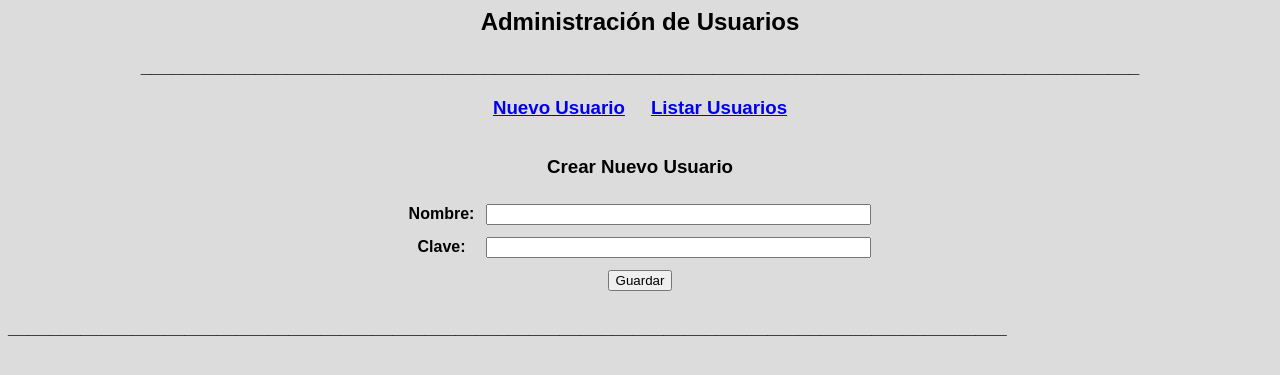
Repository: miguelalvarezcl/examen
Page: http://localhost/CtaCorriente/new
An editor plug-in stored every save of this project. The page is shown before and after the next save, followed by the edit.
The browser window is 1280 px wide. The pictures show the whole page.
The page is served by Tomcat 9. Other server files are loaded and not shown.

Above is the page before, as saved 2021-11-13 21:22:19.

### CtaCorriente/WebContent/FormularioUsuario.jsp
<%@ page language="java" contentType="text/html; charset=UTF-8"
    pageEncoding="UTF-8"%>
<%@ taglib uri = "http://java.sun.com/jsp/jstl/core" prefix = "c" %>
<html>
<head>
    <title>:::... Banco Platinum ...:::</title>
</head>
<body>

    <center>
        <h2>Administración de Usuarios</h2>
<h3>________________________________________________________________________________________________</h3>
        <h3>
            <a href="/CtaCorriente/new">Nuevo Usuario</a>
            &nbsp;&nbsp;&nbsp;
            <a href="/CtaCorriente/list">Listar Usuarios</a>

        </h3>
    </center>
    <div align="center">
        <c:if test="${usuariobd != null}">
            <form action="update" method="post">
        </c:if>
        <c:if test="${usuariobd == null}">
            <form action="insert" method="post">
        </c:if>
        <table border="0" cellpadding="5">
            <caption>
                <h3>
                    <c:if test="${usuariobd != null}">
                        Editar usuario
                    </c:if>
                    <c:if test="${usuariobd == null}">
                        Crear Nuevo Usuario
                    </c:if>
                </h3>
            </caption>
                <c:if test="${usuariobd != null}">
                    <input type="hidden" name="id" value="${usuariobd.id}" />
                </c:if>
            <tr>
                <th>Nombre: </th>
                <td>
                    <input type="text" name="nombreusuario" size="45"
                            value="${usuariobd.nombreusuario}"
                        />
                </td>
            </tr>
            <tr>
                <th>Clave: </th>
                <td>
                    <input type="text" name="password" size="45"
                            value="${usuariobd.password}"
                    />
                </td>
            </tr>

            <tr>
                <td colspan="2" align="center">
                    <input type="submit" value="Guardar" />
                </td>
            </tr>
        </table>
        </form>
    </div>
    <h3>________________________________________________________________________________________________</h3>
</body>
</html>

<style>
body{
	font-family: arial, helvetica;
	background: #DCDCDC;
}
</style>

### CtaCorriente/src/com/platinum/ControllerServlet.java
package com.platinum;

import java.io.IOException;
import java.sql.SQLException;
import java.util.List;

import javax.servlet.RequestDispatcher;
import javax.servlet.ServletException;
import javax.servlet.http.HttpServlet;
import javax.servlet.http.HttpServletRequest;
import javax.servlet.http.HttpServletResponse;


public class ControllerServlet extends HttpServlet {
    private static final long serialVersionUID = 1L;
    private UsuariobdDAO usuariobdDAO;
    private PersonabdDAO personabdDAO;
    private CuentabdDAO cuentabdDAO;
    private TransferenciaDAO transferenciaDAO;

    public void init() {
        String jdbcURL = getServletContext().getInitParameter("jdbcURL");
        String jdbcUsername = getServletContext().getInitParameter("jdbcUsername");
        String jdbcPassword = getServletContext().getInitParameter("jdbcPassword");

        usuariobdDAO = new UsuariobdDAO(jdbcURL, jdbcUsername, jdbcPassword);
        personabdDAO = new PersonabdDAO(jdbcURL, jdbcUsername, jdbcPassword);
        cuentabdDAO = new CuentabdDAO(jdbcURL, jdbcUsername, jdbcPassword);
        transferenciaDAO = new TransferenciaDAO(jdbcURL, jdbcUsername, jdbcPassword);

    }

    protected void doPost(HttpServletRequest request, HttpServletResponse response)
            throws ServletException, IOException {
        doGet(request, response);
    }

    protected void doGet(HttpServletRequest request, HttpServletResponse response)
            throws ServletException, IOException {
        String action = request.getServletPath();

        try {
            switch (action) {
            case "/new":
                showNewForm(request, response);
                break;
            case "/newpersona":
                showNewFormPersona(request, response);
                break;

            case "/newcuenta":
                showNewFormCuenta(request, response);
                break;

            case "/newtransferencia":
                showNewFormTransferencia(request, response);
                break;

            case "/insert":
                insertUsuariobd(request, response);
                break;

            case "/insertpersona":
                insertPersonabd(request, response);
                break;

            case "/insertcuenta":
                insertCuentabd(request, response);
                break;

            case "/inserttransferencia":
                insertTransferencia(request, response);
                break;
            case "/deletecuenta":
                deleteCuentabd(request, response);
                break;

            case "/deletepersona":
                deletePersonabd(request, response);
                break;
            case "/delete":
                deleteUsuariobd(request, response);
                break;
            case "/editpersona":
                showEditFormPersona(request, response);
                break;

            case "/editcuenta":
                showEditFormCuenta(request, response);
                break;

            case "/edit":
                showEditForm(request, response);
                break;
            case "/update":
                updateUsuariobd(request, response);
                break;
            case "/updatepersona":
                updatePersonabd(request, response);
                break;

            case "/updatecuenta":
                updateCuentabd(request, response);
                break;


            case "/listPersonabd":
            	listPersonabd(request, response);
                break;

            case "/listCuentabd":
            	//System.out.println("1");
            	listCuentabd(request, response);
                break;
            case "/listTransferencia":
            	listTransferencia(request, response);
                break;
            default:
                listUsuariobd(request, response);
                break;
            }
        } catch (SQLException ex) {
            throw new ServletException(ex);
        }
    }



    private void listTransferencia(HttpServletRequest request, HttpServletResponse response)
            throws SQLException, IOException, ServletException {


        List<Transferencia> listTransferencia = transferenciaDAO.listAllTransferencia();

        request.setAttribute("listTransferencia", listTransferencia);
        RequestDispatcher dispatcher = request.getRequestDispatcher("ListaTransferencia.jsp");
        dispatcher.forward(request, response);
    }

    private void listCuentabd(HttpServletRequest request, HttpServletResponse response)
            throws SQLException, IOException, ServletException {


        List<Cuentabd> listCuentabd = cuentabdDAO.listAllCuentabd();

        request.setAttribute("listCuentabd", listCuentabd);
        RequestDispatcher dispatcher = request.getRequestDispatcher("ListaCuentas.jsp");
        dispatcher.forward(request, response);
    }

    private void listPersonabd(HttpServletRequest request, HttpServletResponse response)
            throws SQLException, IOException, ServletException {

        List<Personabd> listPersonabd = personabdDAO.listAllPersonabd();

        request.setAttribute("listPersonabd", listPersonabd);
        RequestDispatcher dispatcher = request.getRequestDispatcher("ListaPersonas.jsp");
        dispatcher.forward(request, response);
    }

    private void listUsuariobd(HttpServletRequest request, HttpServletResponse response)
            throws SQLException, IOException, ServletException {
        List<Usuariobd> listUsuariobd = usuariobdDAO.listAllUsuariosbd();
        request.setAttribute("listUsuariobd", listUsuariobd);
        RequestDispatcher dispatcher = request.getRequestDispatcher("ListaUsuarios.jsp");
        dispatcher.forward(request, response);
    }


    private void showNewForm(HttpServletRequest request, HttpServletResponse response)
            throws ServletException, IOException {
        RequestDispatcher dispatcher = request.getRequestDispatcher("FormularioUsuario.jsp");
        dispatcher.forward(request, response);
    }

    private void showNewFormPersona(HttpServletRequest request, HttpServletResponse response)
            throws ServletException, IOException {
        RequestDispatcher dispatcher = request.getRequestDispatcher("FormularioPersona.jsp");
        dispatcher.forward(request, response);
    }

    private void showNewFormCuenta(HttpServletRequest request, HttpServletResponse response)
            throws ServletException, IOException {
        RequestDispatcher dispatcher = request.getRequestDispatcher("FormularioCuenta.jsp");
        dispatcher.forward(request, response);
    }

    private void showNewFormTransferencia(HttpServletRequest request, HttpServletResponse response)
            throws ServletException, IOException {
        RequestDispatcher dispatcher = request.getRequestDispatcher("FormularioTransferencia.jsp");
        dispatcher.forward(request, response);
    }


    private void showEditForm(HttpServletRequest request, HttpServletResponse response)
            throws SQLException, ServletException, IOException {
        int id = Integer.parseInt(request.getParameter("id"));
        Usuariobd existingUsuariobd = usuariobdDAO.getUsuariobd(id);
        RequestDispatcher dispatcher = request.getRequestDispatcher("FormularioUsuario.jsp");
        request.setAttribute("usuariobd", existingUsuariobd);
        dispatcher.forward(request, response);

    }

    private void showEditFormPersona(HttpServletRequest request, HttpServletResponse response)
            throws SQLException, ServletException, IOException {
        String rut = request.getParameter("rut");
        Personabd existingPersonabd = personabdDAO.getPersonabd(rut);
        RequestDispatcher dispatcher = request.getRequestDispatcher("FormularioPersona.jsp");
        request.setAttribute("personabd", existingPersonabd);
        dispatcher.forward(request, response);


    }

    private void showEditFormCuenta(HttpServletRequest request, HttpServletResponse response)
            throws SQLException, ServletException, IOException {
        int id = Integer.parseInt(request.getParameter("id"));
        Cuentabd existingCuentabd = cuentabdDAO.getCuentabd(id);
        RequestDispatcher dispatcher = request.getRequestDispatcher("FormularioCuenta.jsp");
        request.setAttribute("cuentabd", existingCuentabd);
        dispatcher.forward(request, response);


    }

    private void insertUsuariobd(HttpServletRequest request, HttpServletResponse response)
            throws SQLException, IOException {
        String nombreusuario = request.getParameter("nombreusuario");
        String password = request.getParameter("password");


        Usuariobd newUsuariobd = new Usuariobd(nombreusuario, password);
        usuariobdDAO.insertUsuariobd(newUsuariobd);
        response.sendRedirect("list");
    }

    private void insertPersonabd(HttpServletRequest request, HttpServletResponse response)
            throws SQLException, IOException {
    	String rut = request.getParameter("rut");
        String nombre = request.getParameter("nombre");
        String apellido = request.getParameter("apellido");
        String direccion = request.getParameter("direccion");
        String correo = request.getParameter("correo");
        String telefono = request.getParameter("telefono");

        Personabd newPersonabd = new Personabd(rut,nombre, apellido,direccion,correo,telefono);
        personabdDAO.insertPersonabd(newPersonabd);
        response.sendRedirect("listPersonabd");
    }

    private void insertTransferencia(HttpServletRequest request, HttpServletResponse response)
            throws SQLException, IOException {
        String rutpersona = request.getParameter("rutpersona");
        int idusuario = Integer.parseInt(request.getParameter("idusuario"));
        int idcuenta = Integer.parseInt(request.getParameter("idcuenta"));
        int montotransferencia = Integer.parseInt(request.getParameter("montotransferencia"));
        int cuentatransferencia = Integer.parseInt(request.getParameter("cuentatransferencia"));
        String tipocuenta = request.getParameter("tipocuenta");

        Transferencia newTransferencia = new Transferencia(rutpersona, idusuario,idcuenta,montotransferencia,cuentatransferencia,tipocuenta);
        transferenciaDAO.insertTransferencia(newTransferencia);
        response.sendRedirect("listTransferencia");
    }

    private void insertCuentabd(HttpServletRequest request, HttpServletResponse response)
            throws SQLException, IOException {
        String rutcliente = request.getParameter("rutcliente");
        String monto = request.getParameter("monto");
        String ejecutivo = request.getParameter("ejecutivo");

        Cuentabd newCuentabd = new Cuentabd(rutcliente, monto,ejecutivo);
        cuentabdDAO.insertCuentabd(newCuentabd);
        response.sendRedirect("listCuentabd");
    }


    private void updatePersonabd(HttpServletRequest request, HttpServletResponse response)
            throws SQLException, IOException {
        String rut = request.getParameter("rut");
        String nombre = request.getParameter("nombre");
        String apellido = request.getParameter("apellido");
        String direccion = request.getParameter("direccion");
        String correo = request.getParameter("correo");
        String telefono = request.getParameter("telefono");


        Personabd personabd = new Personabd(rut, nombre, apellido,direccion,correo,telefono);
        personabdDAO.updatePersonabd(personabd);
        response.sendRedirect("listPersonabd");
    }


    private void updateCuentabd(HttpServletRequest request, HttpServletResponse response)
            throws SQLException, IOException {
    	System.out.println("paso");

        String rutcliente = request.getParameter("rutcliente");
        String monto = request.getParameter("monto");
        String ejecutivo = request.getParameter("ejecutivo");
        int id = Integer.parseInt(request.getParameter("id"));
        Cuentabd cuentabd = new Cuentabd(id, rutcliente, monto , ejecutivo);
        System.out.println("paso2");
        cuentabdDAO.updateCuentabd(cuentabd);
        response.sendRedirect("listCuentabd");
    }


    private void updateUsuariobd(HttpServletRequest request, HttpServletResponse response)
            throws SQLException, IOException {
        int id = Integer.parseInt(request.getParameter("id"));
        String nombreusuario = request.getParameter("nombreusuario");
        String password = request.getParameter("password");


        Usuariobd usuariobd = new Usuariobd(id, nombreusuario, password);
        usuariobdDAO.updateUsuariobd(usuariobd);
        response.sendRedirect("list");
    }

    private void deleteUsuariobd(HttpServletRequest request, HttpServletResponse response)
            throws SQLException, IOException {
        int id = Integer.parseInt(request.getParameter("id"));

        Usuariobd usuariobd = new Usuariobd(id);
        usuariobdDAO.deleteUsuariobd(usuariobd);
        response.sendRedirect("list");

    }

    private void deletePersonabd(HttpServletRequest request, HttpServletResponse response)
            throws SQLException, IOException {
        String rut = request.getParameter("rut");

        Personabd personabd = new Personabd(rut);
        personabdDAO.deletePersonabd(personabd);
        response.sendRedirect("listPersonabd");
    }


    private void deleteCuentabd(HttpServletRequest request, HttpServletResponse response)
            throws SQLException, IOException {
        int id = Integer.parseInt(request.getParameter("id"));

        Cuentabd cuentabd = new Cuentabd(id);
        cuentabdDAO.deleteCuentabd(cuentabd);
        response.sendRedirect("listCuentabd");
    }



}

After the next save:
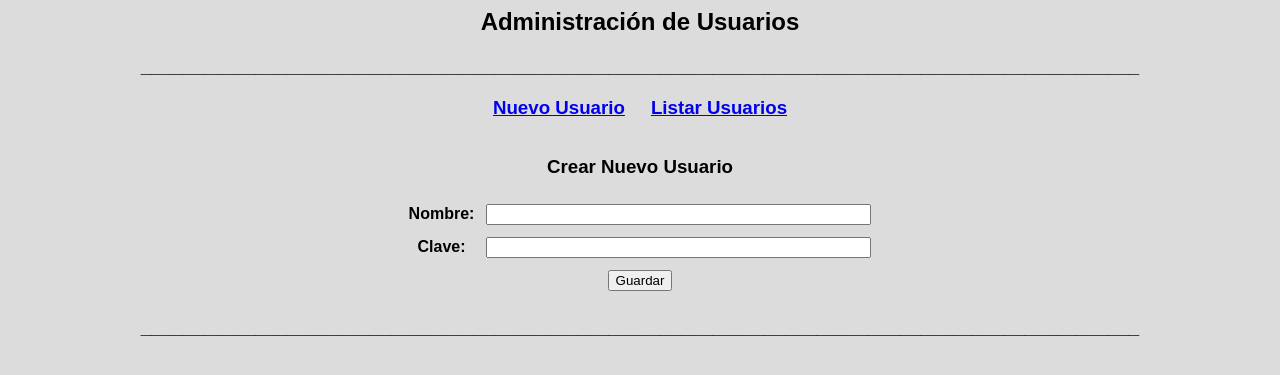
Saved 42 s later.
--- a/CtaCorriente/WebContent/FormularioUsuario.jsp
+++ b/CtaCorriente/WebContent/FormularioUsuario.jsp
@@ -63,7 +63,9 @@
         </table>
         </form>
     </div>
-    <h3>________________________________________________________________________________________________</h3>
+    <center>
+	<h3>________________________________________________________________________________________________</h3>
+    </center>
 </body>
 </html>
 
